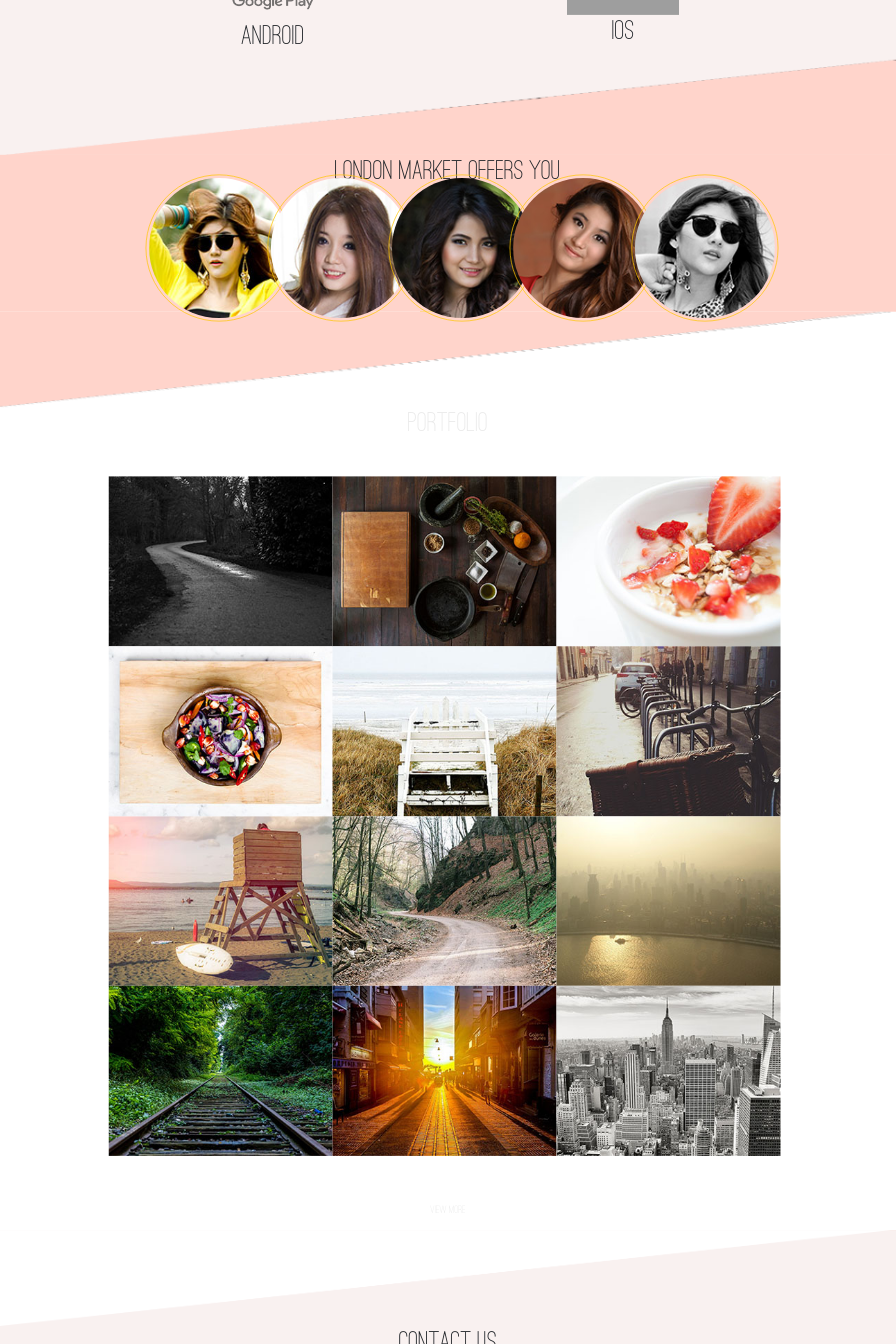
Repository: Demonster1999/newshoperrepo
Page: index.html
An editor plug-in stored every save of this project. The page is shown before and after a run of saves, followed by the edit.
The browser window is 1280 px wide. The pictures show the part of the page from y = 1275 to 3195 px (the page is 3923 px tall before and 3971 px after), at 70% of full size.
Pictures or frames that could not be fetched are drawn as grey boxes. Some web libraries are served in a nearby version.

Above is the page before, as saved 2020-07-21 13:51:12.
Console error: TypeError: Cannot read properties of null (reading 'getContext')

### index.html
<!DOCTYPE html>
<head>
	<meta charset="UTF-8">
	<title>London Market</title>
	<meta name="keywords" content="" />
	<meta name="description" content="" />
    <meta name="viewport" content="width=device-width, initial-scale=1.0">
    <!--
    	Roller Template
		http://www.london-market.com/preview/london-market_424_roller
	-->
	<link rel="stylesheet" href="https://fonts.googleapis.com/css2?family=Great+Vibes">
	<link href="http://fonts.googleapis.com/css?family=Open+Sans:300,400,700" rel="stylesheet" type="text/css">
	<!-- <link href="css/font-awesome.min.css" rel="stylesheet">FontAwesome Icons -->
	<link rel="stylesheet" href="https://cdnjs.cloudflare.com/ajax/libs/font-awesome/5.14.0/css/all.min.css"
		integrity="sha512-1PKOgIY59xJ8Co8+NE6FZ+LOAZKjy+KY8iq0G4B3CyeY6wYHN3yt9PW0XpSriVlkMXe40PTKnXrLnZ9+fkDaog=="
		crossorigin="anonymous" />
	<link rel="stylesheet" href="https://maxcdn.bootstrapcdn.com/bootstrap/4.0.0/css/bootstrap.min.css" integrity="sha384-Gn5384xqQ1aoWXA+058RXPxPg6fy4IWvTNh0E263XmFcJlSAwiGgFAW/dAiS6JXm" crossorigin="anonymous">
	<link rel="stylesheet" href="fonts/ostrich-sans.css">
	<link href="css/LondonMarket.css" rel="stylesheet" type="text/css">
	<link rel="stylesheet" href="css/into-to-app.css">
	<link rel="stylesheet" href="css/navbar.css">
	<link rel="stylesheet" href="css/carousel.css">

</head>
<body>
	<nav class="navbar custom-nav sticky-top p-0 m-0 ">
		<a class="navbar-brand mx-auto text-white" style="font-family: Great Vibes; font-size: 40px;" href="#">London Market</a>

	  </nav>

	<nav class="navbar third-nav navbar-expand-lg navbar-light bg-light">
		<div class="container">
			<button class="navbar-toggler navbar-toggler-icon" type="button" data-toggle="collapse" data-target="#navbarSupportedChontent"
			aria-controls="navbarSupportedContent" aria-expanded="false" aria-label="Toggle navigation">
			<span class=""></span>
		</button>


		<div class="collapse navbar-collapse" id="navbarSupportedContent">
			<ul class="navbar-nav  mr-auto text-center">

				<li class="nav-item">
					<a class=" " href="#">Register</a>
				</li>
				<li class="nav-item ">
					<a class="" href="#">login</a>
				</li>


		</div>
		<div class="  mr-auto ">
			<!-- social icons  -->
			<button class="fab fa-facebook-f"></button>
			<button class="fab fa-twitter"></button>
			<button class="fab fa-linkedin-in"></button>
			<button class="fab fa-instagram"></button>
			<button class="fab fa-youtube"></button>
		</div>
		</div>

	</nav>


	<!-- nav with dots  -->
	<nav class="nav">
        <ul>
            <li class="dot1 active" id="ec1" data-toggle="tooltip" data-placement="left" title="Tooltip on left"></li>
            <li class="dot2" id="ec2" data-toggle="tooltip" data-placement="left" title="Tooltip on left"></li>
            <li class="dot3" id="ec3"  data-toggle="tooltip" data-placement="left" title="Tooltip on left"></li>
			<li class="dot4" id="ec4"  data-toggle="tooltip" data-placement="left" title="Tooltip on left"></li>
			<li class="dot5" id="ec5"  data-toggle="tooltip" data-placement="left" title="Tooltip on left"></li>
			<li class="dot5" id="ec5"  data-toggle="tooltip" data-placement="left" title="Tooltip on left"></li>
        </ul>
    </nav>

		<section class="" id="home">
			<div id="demo" class="carousel slide" data-ride="carousel">
				<ul class="carousel-indicators">
					<li data-target="#demo" data-slide-to="0" class="active"></li>
					<li data-target="#demo" data-slide-to="1"></li>
					<li data-target="#demo" data-slide-to="2"></li>
					<!-- <li data-target="#demo" data-slide-to="3"></li> -->
				</ul>
				<div class="carousel-inner">
					<div class="carousel-item active">
						<img src="images/carousel/carousel1.jpg" alt="Los Angeles"   >
						<div class="carousel-caption">
							<h3>Los Angeles</h3>
							<p>We had such a great time in LA!</p>
						</div>
					</div>
					<div class="carousel-item">
						<img src="images/carousel/carousel4.jpg" alt="Chicago"  >
						<div class="carousel-caption">
							<h3>Chicago</h3>
							<p>Thank you, Chicago!</p>
						</div>
					</div>
					<div class="carousel-item">
						<img src="images/carousel/cp11.jpg" alt="Chicago" >
						<div class="carousel-caption">
							<h3>Chicago</h3>
							<p>Thank you, Chicago!</p>
						</div>
					</div>
					<!-- <div class="carousel-item">
						<img src="images/images/lmimages/Adobe_20200716_143015.png" alt="Chicago">
						<div class="carousel-caption">
							<h3>Chicago</h3>
							<p>Thank you, Chicago!</p>
						</div>
					</div> -->
					<!-- <div class="carousel-item">
						<img src="images/carousel/carousel3.jpg" alt="New York" class=" w-100" style="height: 300px; max-height: 500px;">
						<div class="carousel-caption">
							<h3>New York</h3>
							<p>We love the Big Apple!</p>
						</div>
					</div> -->
				</div>
				<a class="carousel-control-prev" href="#demo" data-slide="prev">
					<span class="carousel-control-prev-icon"></span>
				</a>
				<a class="carousel-control-next" href="#demo" data-slide="next">
					<span class="carousel-control-next-icon"></span>
				</a>
			</div>
		</section>

<section class=" intro-to-app container-fluid">
	<img src="images/tm-border-black-top.png" class="w-100 img-top" alt="">
	<div class="container-fluid text-center ">

		<img src="images/images/lmimages/lm.png" class="p-0 m-0" width=200px height="200px" alt="" >
		<h1 class="mx-auto  "> Get Shop-a-holic</h1>

		<hr>


		<div class="container ">
			<p class="lead text-justify">After a period of more than 10 successful years in exhibition management with a strong focus on the fashion and
			lifestyle industry, One Management International proudly brings to you yet another feather in its cap, ‘The London
			Market App’.
			The app is based on the simple concept of ‘Affordable Luxury’, where we strive to present creative and beautiful
			products from sellers across the world, through an intelligent and user-friendly app. We believe in the power of
			expressing oneself, as we aspire to showcase products and brands that stand apart. With our wide array of products
			ranging from clothing and accessories to home décor and furniture, we have something unique for everyone.
</p>
               <div class="row">
<div class="col-md-6 p-2 text-center">
	<a href="https://play.google.com/store/apps/details?id=com.prpwebs.londonmarket" class="h1"> <img src="images/logos/play store.png" class=" " width="160px" height="160px" alt="play">
		<center> Android</center>
	</a>
</div>
<div class="col-md-6 text-center">
	<a href="" class="h1"> <img src="images/logos/hiclipart.com.png" class=" " width="160px" height="160px" alt="app">
		<center>ios</center>
	</a>

</div>
			   </div>

		</div>
	</div>
	<img src="images/tm-border-black-bottom.png" class="w-100 imgbottom" alt="">
</section>

<section class="tm-dark-bg tm-section" id="portfolio">
			<div class="container-fluid">

<h1 class="text-uppercase text-center">London Market offers You </h1>
<div class="text-center tm-testimonial-images-container">
	<div class="img-container col-md-2">
		<div class="tm-img-circle-border absolute-center">
			<img src="images/testimonials/1.jpg" alt="Testimonial 1" class="img-circle tm-img-testimonial">
		</div>
	</div>
	<div class="img-container col-md-2">
		<div class="tm-img-circle-border absolute-center">
			<img src="images/testimonials/2.jpg" alt="Testimonial 2" class="img-circle tm-img-testimonial">
		</div>
	</div>
	<div class="img-container col-md-2">
		<div class="tm-img-circle-border absolute-center ">
			<img src="images/testimonials/3.jpg" alt="Testimonial 3" class="img-circle tm-img-testimonial">
		</div>

	</div>
	<div class="img-container col-md-2">
		<div class="tm-img-circle-border absolute-center">
			<img src="images/testimonials/4.jpg" alt="Testimonial 4" class="img-circle tm-img-testimonial">
		</div>
	</div>
	<div class="img-container col-md-2">
		<div class="tm-img-circle-border absolute-center"
			data-comment="Integer aliquam nibh nulla, id elementum purus tempus quis. Etiam eu massa condimentum, consectetur turpis et, semper diam. Vivamus mauris ipsum, bibendum non tempor nec, ultricies a leo. Fusce eu efficitur diam. Praesent vel mi viverra leo finibus maximus sed in ipsum."
			data-author="Malicia Viva Fusce" id="author5">
			<img src="images/testimonials/5.jpg" alt="Testimonial 5" class="img-circle tm-img-testimonial">
		</div>
	</div>
</div>
<hr class="tm-author-name-underline">

					</div>
		</section> <!-- portfolio -->
		<section class="tm-section bg-white" id="testimonials" >
			<img src="images/tm-border-black-top.png" alt="Border" class="tm-border">
			<div class="container">
					<div class="row">
						<div class="col-lg-12 col-md-12 col-sm-12 col-xs-12 text-center">
							<h1 class="tm-light-gray-text text-center text-uppercase">Portfolio</h1>
							<div class="tm-portfolio-images-container margin-top-50">
								<div class="tm-image-container">
									<div class="tm-portfolio-image-overlay text-center">
										<div class="absolute-center">
											<a href="#" class="fa fa-search"></a>
											<h2 class="text-uppercase tm-white-text">Lorem</h2>
											<p class="text-uppercase">sagittis</p>
										</div>
									</div>
									<img src="images/portfolio/01.jpg" alt="Portfolio 1">
								</div>
								<div class="tm-image-container">
									<div class="tm-portfolio-image-overlay">
										<div class="absolute-center">
											<a href="#" class="fa fa-search"></a>
											<h2 class="text-uppercase tm-white-text">Dimperdiet</h2>
											<p class="text-uppercase">Aliquam</p>
										</div>
									</div>
									<img src="images/portfolio/02.jpg" alt="Portfolio 2">
								</div>
								<div class="tm-image-container">
									<div class="tm-portfolio-image-overlay">
										<div class="absolute-center">
											<a href="#" class="fa fa-search"></a>
											<h2 class="text-uppercase tm-white-text">Pellentesque</h2>
											<p class="text-uppercase">noemer</p>
										</div>
									</div>
									<img src="images/portfolio/03.jpg" alt="Portfolio 3">
								</div>
								<div class="tm-image-container">
									<div class="tm-portfolio-image-overlay">
										<div class="absolute-center">
											<a href="#" class="fa fa-search"></a>
											<h2 class="text-uppercase tm-white-text">Aenean</h2>
											<p class="text-uppercase">pharetra</p>
										</div>
									</div>
									<img src="images/portfolio/04.jpg" alt="Portfolio 4">
								</div>
								<div class="tm-image-container">
									<div class="tm-portfolio-image-overlay">
										<div class="absolute-center">
											<a href="#" class="fa fa-search"></a>
											<h2 class="text-uppercase tm-white-text">condimentum</h2>
											<p class="text-uppercase">libero</p>
										</div>
									</div>
									<img src="images/portfolio/05.jpg" alt="Portfolio 5">
								</div>
								<div class="tm-image-container">
									<div class="tm-portfolio-image-overlay">
										<div class="absolute-center">
											<a href="#" class="fa fa-search"></a>
											<h2 class="text-uppercase tm-white-text">nulla</h2>
											<p class="text-uppercase">consectetur</p>
										</div>
									</div>
									<img src="images/portfolio/06.jpg" alt="Portfolio 6">
								</div>
								<div class="tm-image-container tm-show-hide">
									<div class="tm-portfolio-image-overlay">
										<div class="absolute-center">
											<a href="#" class="fa fa-search"></a>
											<h2 class="text-uppercase tm-white-text">Rondimentum</h2>
											<p class="text-uppercase">Sdui</p>
										</div>
									</div>
									<img src="images/portfolio/07.jpg" alt="Portfolio 7">
								</div>
								<div class="tm-image-container tm-show-hide">
									<div class="tm-portfolio-image-overlay">
										<div class="absolute-center">
											<a href="#" class="fa fa-search"></a>
											<h2 class="text-uppercase tm-white-text">imperdiet</h2>
											<p class="text-uppercase">Raugue</p>
										</div>
									</div>
									<img src="images/portfolio/08.jpg" alt="Portfolio 8">
								</div>
								<div class="tm-image-container tm-show-hide">
									<div class="tm-portfolio-image-overlay">
										<div class="absolute-center">
											<a href="#" class="fa fa-search"></a>
											<h2 class="text-uppercase tm-white-text">blandit</h2>
											<p class="text-uppercase">Aliquam</p>
										</div>
									</div>
									<img src="images/portfolio/09.jpg" alt="Portfolio 9">
								</div>
								<div class="tm-image-container tm-show-hide">
									<div class="tm-portfolio-image-overlay">
										<div class="absolute-center">
											<a href="#" class="fa fa-search"></a>
											<h2 class="text-uppercase tm-white-text">Praesent</h2>
											<p class="text-uppercase">Aliquam</p>
										</div>
									</div>
									<img src="images/portfolio/10.jpg" alt="Portfolio 10">
								</div>
								<div class="tm-image-container tm-show-hide">
									<div class="tm-portfolio-image-overlay">
										<div class="absolute-center">
											<a href="#" class="fa fa-search"></a>
											<h2 class="text-uppercase tm-white-text">Dimperdiet</h2>
											<p class="text-uppercase">Aliquam</p>
										</div>
									</div>
									<img src="images/portfolio/11.jpg" alt="Portfolio 11">
								</div>
								<div class="tm-image-container tm-show-hide">
									<div class="tm-portfolio-image-overlay">
										<div class="absolute-center">
											<a href="#" class="fa fa-search"></a>
											<h2 class="text-uppercase tm-white-text">Dimperdiet</h2>
											<p class="text-uppercase">Aliquam</p>
										</div>
									</div>
									<img src="images/portfolio/12.jpg" alt="Portfolio 12">
								</div>
							</div>
							<a href="javascript:;" class="tm-view-more tm-light-gray-text margin-top-50 text-center text-uppercase">View
								More</a>
						</div>
					</div>
			</div>
		</section> <!-- testimonials -->
		<section class="tm-section tm-orange-bg" id="contact" >
			<img src="images/tm-border-white-top.png" alt="Border" class="tm-border">
			<div class="container">
				<h1 class="text-uppercase text-center">Contact Us</h1>
				<p class="text-center margin-top-50">Phasellus sed rutrum quam. Aenean mollis nec metus quis fringilla. Aliquam interdum risus quis sem rhoncus, vel iaculis lorem pulvinar. Maecenas in lorem non quam bibendum auctor vel lobortis sem.</p>
				<div class="row margin-top-50">
					<div class="col-lg-6 col-md-6 col-sm-6 col-xs-12">
						<div id="map-canvas"></div>
					</div>
					<div class="col-lg-6 col-md-6 col-sm-6 col-xs-12">
						<form action="#" method="post" class="tm-contact-form">
							<div class="form-group">
								<input type="text" id="contact_name" class="form-control" placeholder="NAME..." />
							</div>
							<div class="form-group">
								<input type="text" id="contact_email" class="form-control" placeholder="EMAIL..." />
							</div>
							<div class="form-group">
								<input type="text" id="contact_subject" class="form-control" placeholder="SUBJECT..." />
							</div>
							<div class="form-group">
								<textarea id="contact_message" class="form-control" rows="8" placeholder="WRITE A MESSAGE..."></textarea>
							</div>
							<button type="submit" class="btn text-uppercase tm-dark-bg tm-orange-text tm-send-btn">Send</button>
						</form>
					</div>
				</div>
			</div>
			<img src="images/tm-border-black-bottom.png" alt="Border" class="tm-border">
		</section> <!-- contact -->


	<footer class="text-right tm-dark-bg">
		<p class="text-uppercase container small">Copyright &copy; 2084 <a href="#">Company Name</a></p>
	</footer>
	<script src="js/jquery-1.11.1.min.js" ></script>
	<!-- <script src="https://code.jquery.com/jquery-3.5.1.min.js"
		integrity="sha256-9/aliU8dGd2tb6OSsuzixeV4y/faTqgFtohetphbbj0=" crossorigin="anonymous"></script> -->
		<script src="https://cdnjs.cloudflare.com/ajax/libs/font-awesome/5.14.0/js/all.min.js"
			integrity="sha512-YSdqvJoZr83hj76AIVdOcvLWYMWzy6sJyIMic2aQz5kh2bPTd9dzY3NtdeEAzPp/PhgZqr4aJObB3ym/vsItMg=="
			crossorigin="anonymous"></script>
<script src="https://cdnjs.cloudflare.com/ajax/libs/popper.js/1.12.9/umd/popper.min.js" integrity="sha384-ApNbgh9B+Y1QKtv3Rn7W3mgPxhU9K/ScQsAP7hUibX39j7fakFPskvXusvfa0b4Q" crossorigin="anonymous"></script>
<script src="https://maxcdn.bootstrapcdn.com/bootstrap/4.0.0/js/bootstrap.min.js" integrity="sha384-JZR6Spejh4U02d8jOt6vLEHfe/JQGiRRSQQxSfFWpi1MquVdAyjUar5+76PVCmYl" crossorigin="anonymous"></script>
	<script src="js/LondonMarket.js"></script>
	<script src="js/scrollnav.js"></script>
</body>
</html>

### css/into-to-app.css
.intro-to-app{

    padding: 0;
    background-color:#F9F1F0;

}
.intro-to-app img{
    display: inline;
}
.intro-to-app h1{
    font-family: ostrich sans ;
    font-weight: bold;
    display: inline;
    font-size: 50px;

}
.intro-to-app p{
    font-family: hevletica;

}
.imgbottom{
    width: 200%;
    margin: 0;

    position: relative;

}

.img-top{
    margin: 0;
    position: relative;



}

### css/navbar.css
.custom-nav {
    background-color: #e2725b;

}
.custom-nav {
    color: #fff;
    font-size: 25px;

}

/* thirdnav  */
.third-nav a{
    color: black;
    font-family: 'Lucida Sans', 'Lucida Sans Regular', 'Lucida Grande', 'Lucida Sans Unicode', Geneva, Verdana, sans-serif;
    font-weight: bold;
    color: #e2725b;
}
.third-nav ul li{
    margin-left: 10%;
    margin-right: 10%;
}
.third-nav .fa-facebook-f,.fa-twitter,.fa-linkedin-in,.fa-instagram,.fa-youtube{
 margin-left: 5px;
  margin-right: 5px;
    color:#e2725b;

}

/* thirdnav end  */

.nav {
    position: fixed;
    top: 45%;
    bottom: 30%;
    right: 0;
	width: 60px;
	z-index: 50;
}

.nav ul {
	list-style: none;
}


.nav li {
    width: 10px;
	height: 10px;
	margin: 10px;
    border-radius: 100%;
    background-color: rosybrown;
    cursor: pointer;
    transition: .5s;
}

.dot1 {
    background-color: rgb(82, 43, 43);
}

.dot2 {
    background-color: rgb(24, 73, 44);
}

.dot3 {
    background-color: rgb(73, 58, 204);
}

.dot4 {
    background-color: rgb(58, 70, 31);
}

.active {
    box-shadow: 0 0 0 3px #fffffff1, 0 0 0 6px #000;
}

### css/carousel.css
#home .carousel-inner img {
    min-width: 100%;
    min-height: 320px;
    max-height: 500px;
    max-resolution: 0;
  }


  #home .carousel-inner .carousel-caption{
    position: absolute;
    font-size: 30px;
    background-color: rgba(0,0, 0, 0.3);
    width: 100%;
    margin: 0;
    left: 0;
    right: 0;
    height: 100%;
    top: 5px;

  }

    #home .carousel-inner .carousel-caption h3{
      position: relative;
      top: 40%;
      font-family:fantasy;

      font-size: 40px;
    }
    #home .carousel-inner .carousel-caption p{
      position: relative;
      top: 42%;
      font-family: Cambria, Cochin, Georgia, Times, 'Times New Roman', serif;

    }
    .carousel-control-prev,.carousel-control-next{
      z-index: 50;
    }

Loaded but not shown: fonts/ostrich-sans.css (common file); js/jquery-1.11.1.min.js (library); js/LondonMarket.js (359 lines, source omitted); js/scrollnav.js (48 lines, source omitted); css/LondonMarket.css (433 lines, source omitted)

After the next 4 saves:
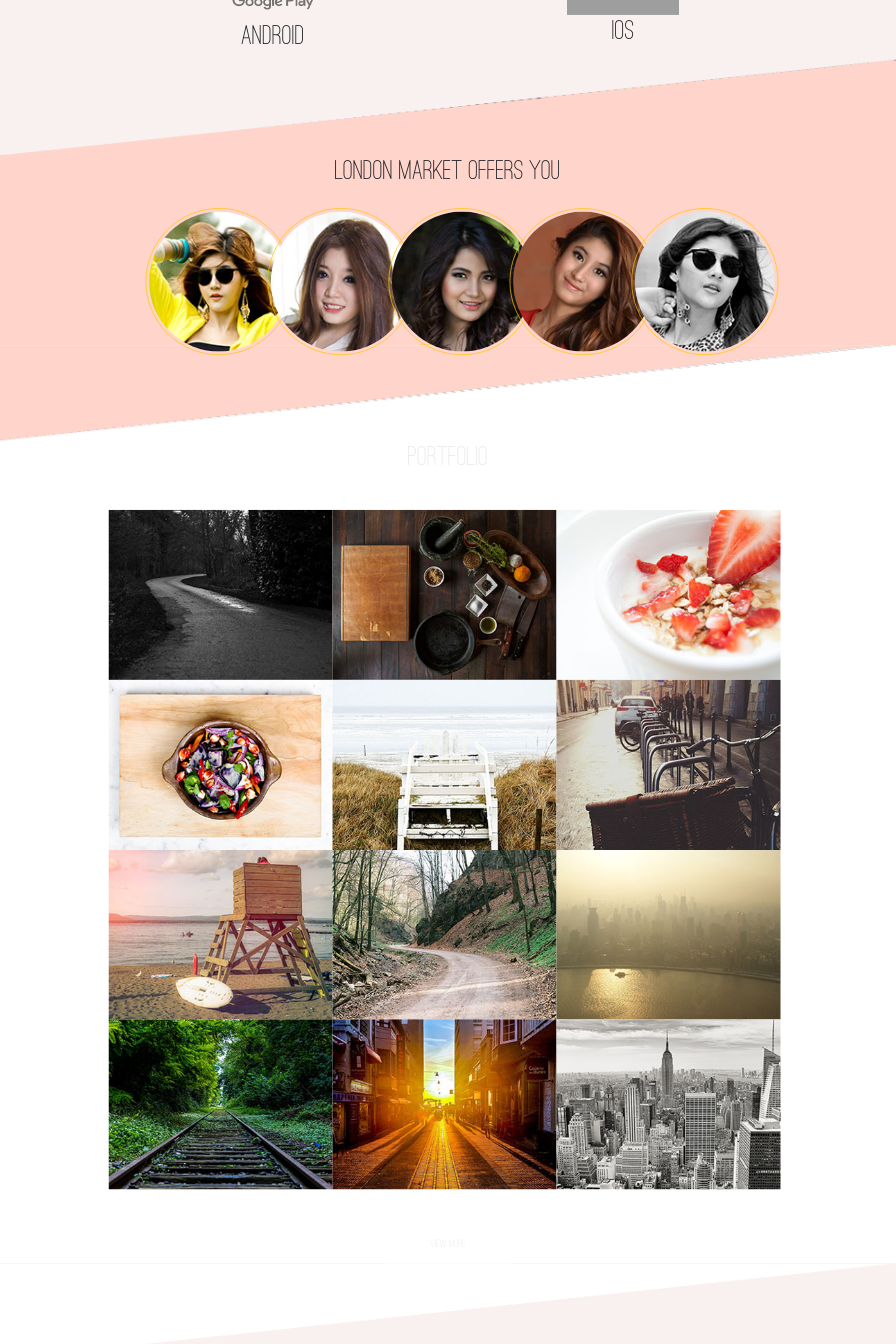
The 4 saves are shown as one change because they came seconds apart.
The last was saved 12 s later.
--- a/index.html
+++ b/index.html
@@ -170,7 +170,7 @@
 			<div class="container-fluid">
 
 <h1 class="text-uppercase text-center">London Market offers You </h1>
-<div class="text-center tm-testimonial-images-container">
+<div class="text-center  mt-5 tm-testimonial-images-container">
 	<div class="img-container col-md-2">
 		<div class="tm-img-circle-border absolute-center">
 			<img src="images/testimonials/1.jpg" alt="Testimonial 1" class="img-circle tm-img-testimonial">
